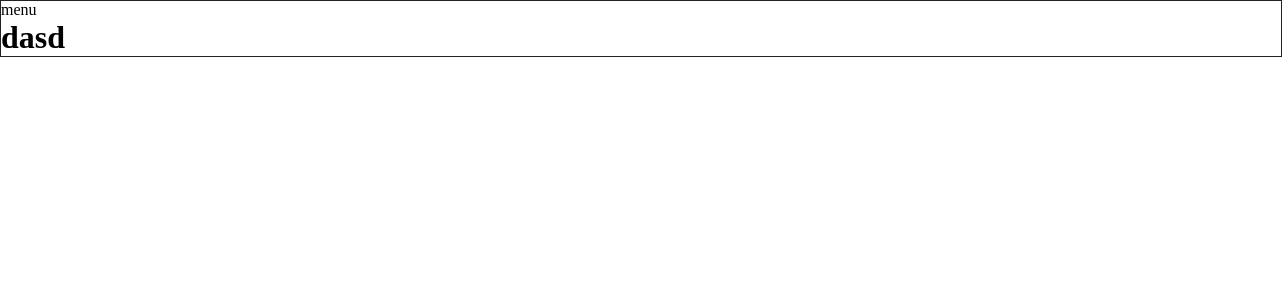
Repository: dongwoon1/cal
Page: http://localhost/calDWC/
The author's editor kept a copy of each file at every save. The page is drawn from the files as they stood at one save, then again after the next save.
The browser window is 1280 px wide. The page is 1282 px wide, so the pictures cover 1282 px, including what lies to the right of the window. The pictures show the whole page.
The page is served by Tomcat 9.

Above is the page before, as saved 2025-03-18 22:29:30.

After the next save:
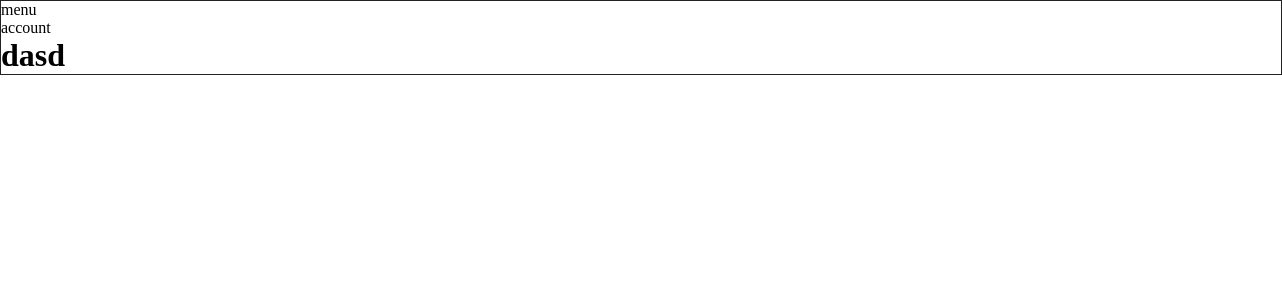
Saved 21 s later.
--- a/calProject/calDWC/src/main/webapp/index.jsp
+++ b/calProject/calDWC/src/main/webapp/index.jsp
@@ -10,7 +10,10 @@
 	</head>
 
 	<body>
-		<header>menu</header>
+		<header>
+			<div>menu</div>
+			<div>account</div>
+		</header>
 		<h1>dasd</h1>
 
 		<script href="${pageContext.request.contextPath}/js/fonts.js"></script>
